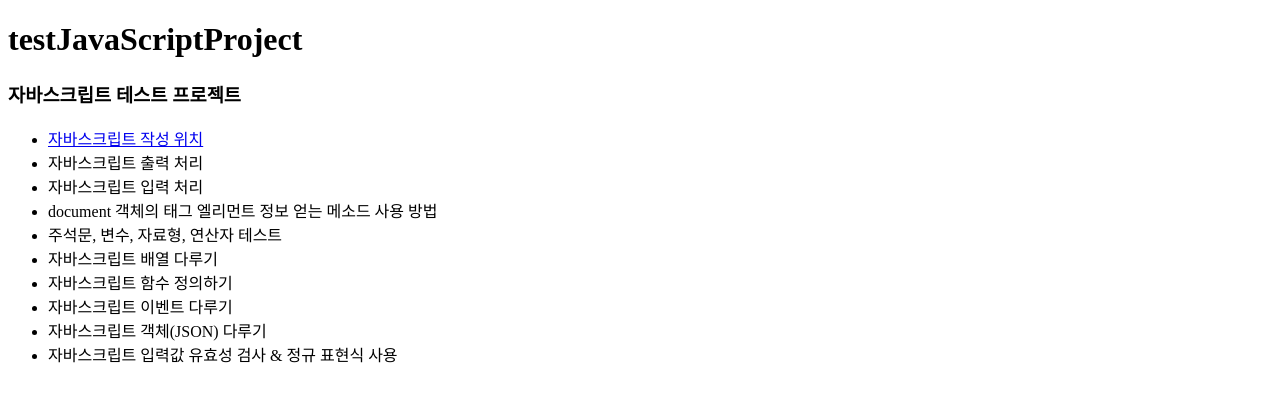
Repository: bianchi112/ict-data
Page: web_workspace/testJavaScriptProject/src/main/webapp/index.html
An editor plug-in stored every save of this project. The page is shown before and after the next save, followed by the edit.
The browser window is 1280 px wide. The pictures show the whole page.

Above is the page before, as saved 2024-09-03 01:11:23.

### web_workspace/testJavaScriptProject/src/main/webapp/index.html
<!DOCTYPE html>
<html lang="ko">
<head>
<meta charset="UTF-8">
<title>testj</title>
</head>
<body>
<header>
	<h1>testJavaScriptProject</h1>
	<h3>자바스크립트 테스트 프로젝트</h3>
	<nav>
		<ul>
			<li><a href="/testj/views/testjs/sample1.html">자바스크립트 작성 위치</a></li>
			<li><a>자바스크립트 출력 처리</a></li>
			<li><a>자바스크립트 입력 처리</a></li>
			<li><a>document 객체의 태그 엘리먼트 정보 얻는 메소드 사용 방법</a></li>
			<li><a>주석문, 변수, 자료형, 연산자 테스트</a></li>
			<li><a>자바스크립트 배열  다루기</a></li>
			<li><a>자바스크립트 함수 정의하기</a></li>
			<li><a>자바스크립트 이벤트 다루기</a></li>
			<li><a>자바스크립트 객체(JSON) 다루기</a></li>
			<li><a>자바스크립트 입력값 유효성 검사 & 정규 표현식 사용</a></li>
		</ul>
	</nav>
</header>
</body>
</html>

After the next save:
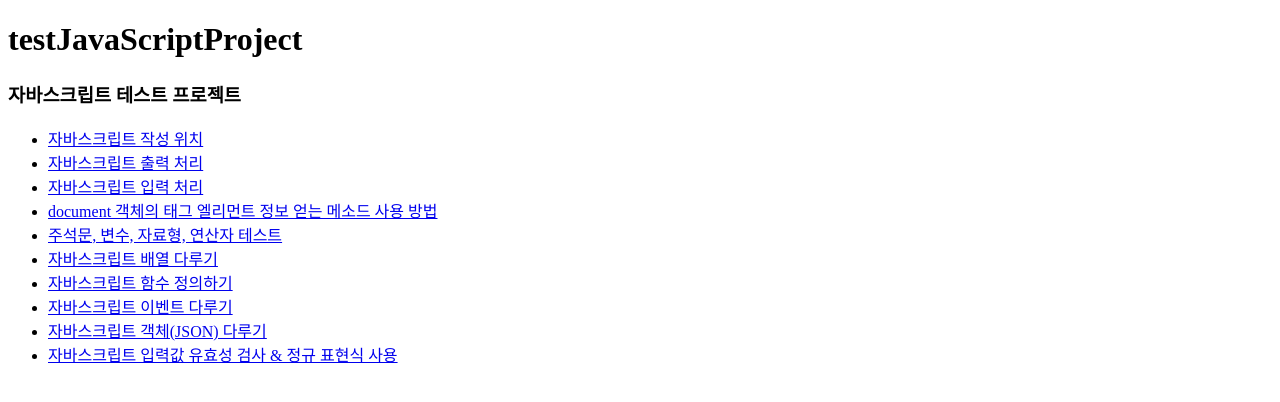
Saved 51 s later.
--- a/web_workspace/testJavaScriptProject/src/main/webapp/index.html
+++ b/web_workspace/testJavaScriptProject/src/main/webapp/index.html
@@ -11,15 +11,15 @@
 	<nav>
 		<ul>
 			<li><a href="/testj/views/testjs/sample1.html">자바스크립트 작성 위치</a></li>
-			<li><a>자바스크립트 출력 처리</a></li>
-			<li><a>자바스크립트 입력 처리</a></li>
-			<li><a>document 객체의 태그 엘리먼트 정보 얻는 메소드 사용 방법</a></li>
-			<li><a>주석문, 변수, 자료형, 연산자 테스트</a></li>
-			<li><a>자바스크립트 배열  다루기</a></li>
-			<li><a>자바스크립트 함수 정의하기</a></li>
-			<li><a>자바스크립트 이벤트 다루기</a></li>
-			<li><a>자바스크립트 객체(JSON) 다루기</a></li>
-			<li><a>자바스크립트 입력값 유효성 검사 & 정규 표현식 사용</a></li>
+			<li><a href="/testj/views/testjs/sample2.html">자바스크립트 출력 처리</a></li>
+			<li><a href="/testj/views/testjs/sample3.html">자바스크립트 입력 처리</a></li>
+			<li><a href="/testj/views/testjs/sample4.html">document 객체의 태그 엘리먼트 정보 얻는 메소드 사용 방법</a></li>
+			<li><a href="/testj/views/testjs/sample5.html">주석문, 변수, 자료형, 연산자 테스트</a></li>
+			<li><a href="/testj/views/testjs/sample6.html">자바스크립트 배열  다루기</a></li>
+			<li><a href="/testj/views/testjs/sample7.html">자바스크립트 함수 정의하기</a></li>
+			<li><a href="/testj/views/testjs/sample8.html">자바스크립트 이벤트 다루기</a></li>
+			<li><a href="/testj/views/testjs/sample9.html">자바스크립트 객체(JSON) 다루기</a></li>
+			<li><a href="/testj/views/testjs/sample10.html">자바스크립트 입력값 유효성 검사 & 정규 표현식 사용</a></li>
 		</ul>
 	</nav>
 </header>
